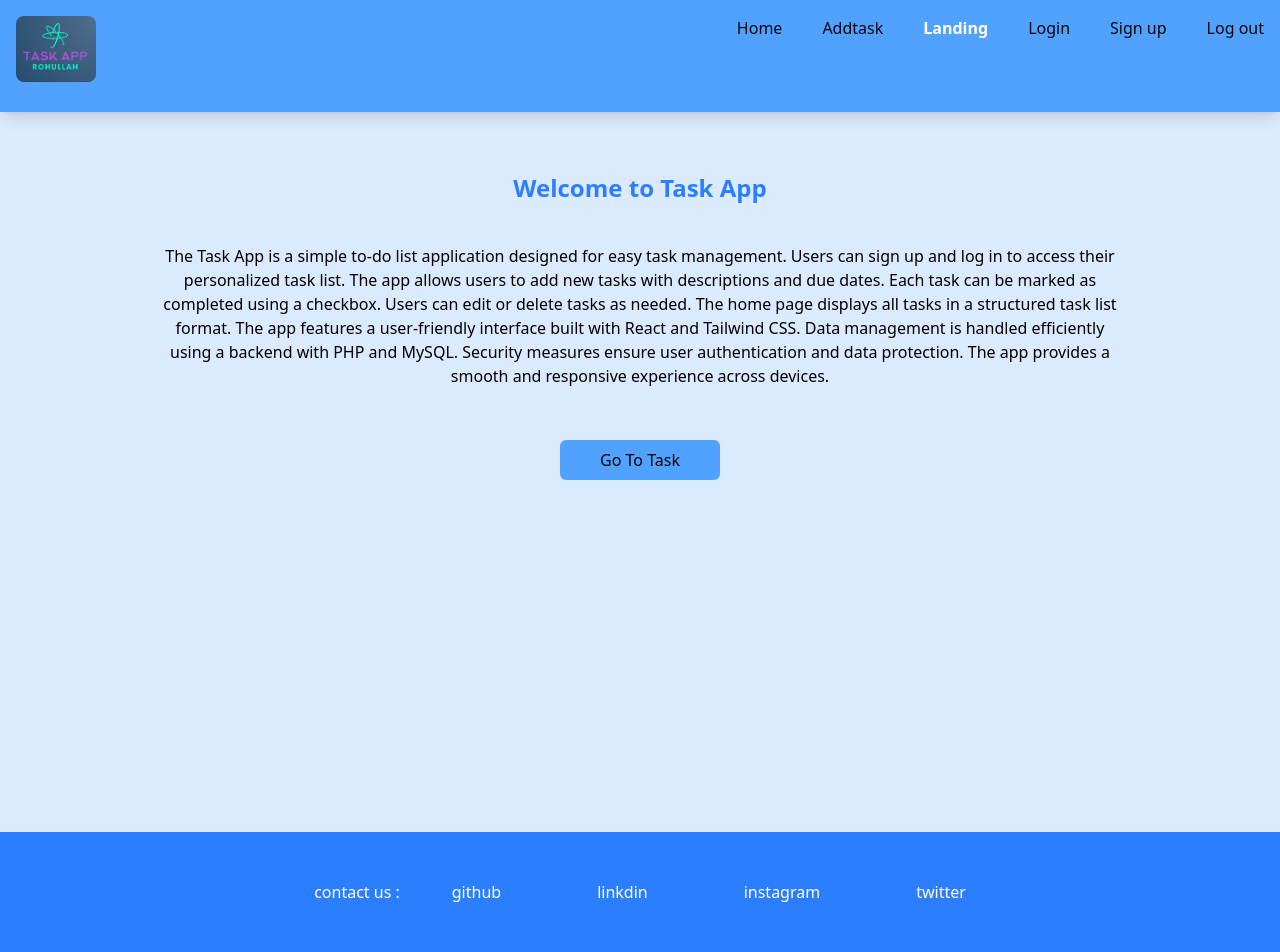
Repository: Rohullah-Noori/TaskApp
Page: /
An editor plug-in stored every save of this project. The page is shown before and after the next save, followed by the edit.
The browser window is 1280 px wide. The pictures show the whole page.
The project was rebuilt for these pictures with package versions that can differ from the ones it lists, and the page was loaded fresh each time. Also part of the build but not shown: vite.config.js, src/components/Loader.jsx, src/pages/Home.jsx, src/pages/Login.jsx, src/pages/Signup.jsx, src/pages/Addtask.jsx, src/pages/Edittask.jsx, src/pages/Errorpage.jsx and 1 more.

Above is the page before, as saved 2025-03-01 05:02:26.

After the next save:
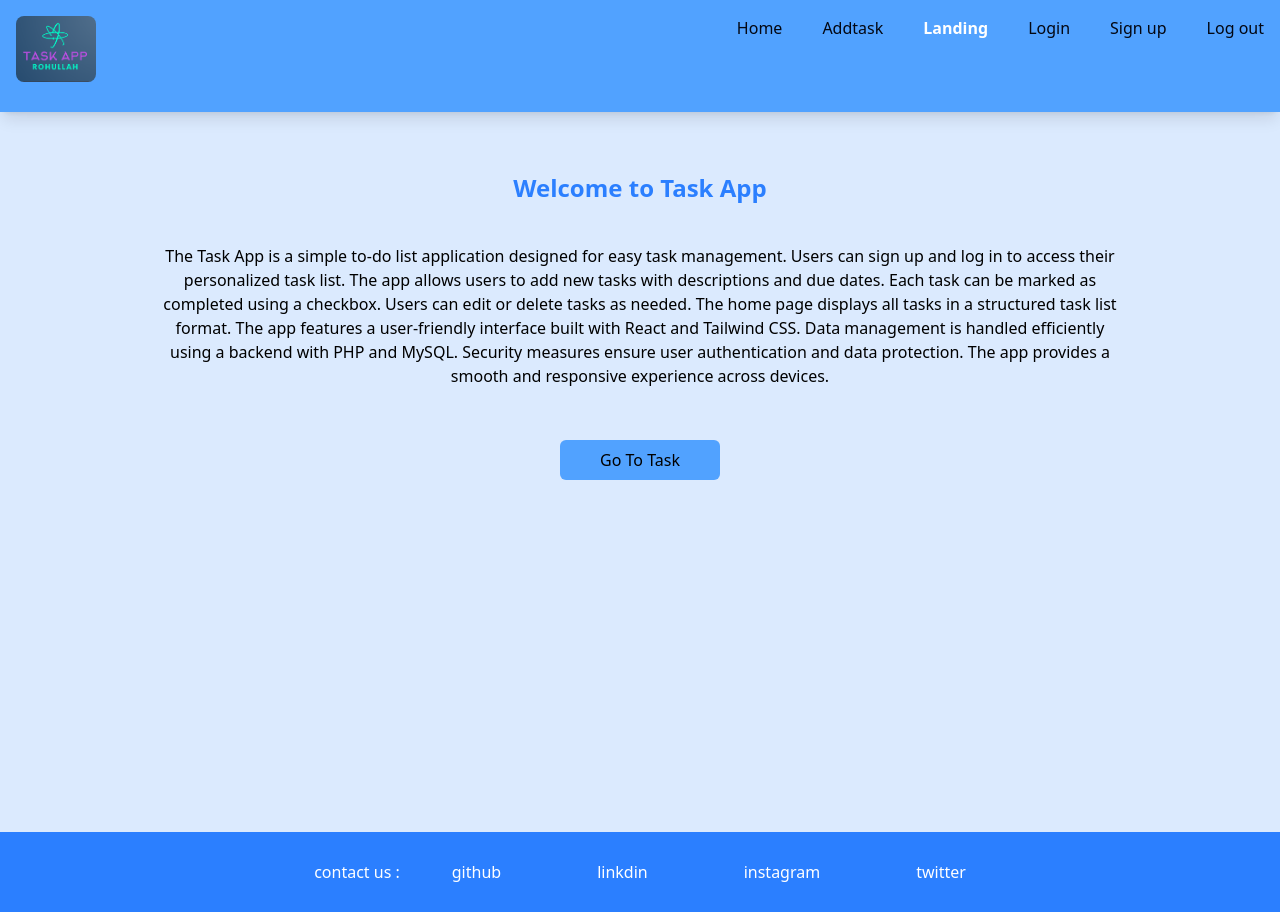
Saved 2 min 44 s later.
--- a/src/components/Footer.jsx
+++ b/src/components/Footer.jsx
@@ -1,7 +1,7 @@
 function Footer() {
   return (
     <div className="w-full ">
-      <div className="bg-blue-500 w-full h-30 flex justify-center space-x-13 text-white items-center">
+      <div className="bg-blue-500 w-full h-20 flex justify-center space-x-13 text-white items-center">
         <div>
           <h1>contact us :</h1>
         </div>
